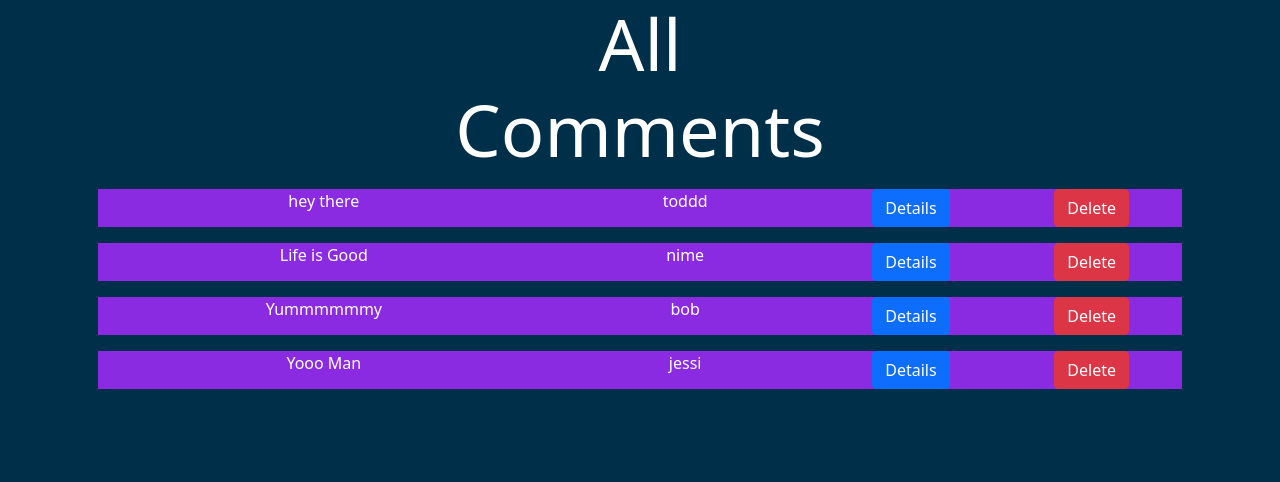
Repository: uditjain100/JavaScript-for-Web
Page: http://localhost/comments
The author's editor kept a copy of each file at every save. The page is drawn from the files as they stood at one save, then again after the next save.
The browser window is 1280 px wide. The pictures show the whole page.
The page is served by the project's Node server (17.REST/index.js).

Above is the page before, as saved 2021-01-29 18:14:49.

After the next save:
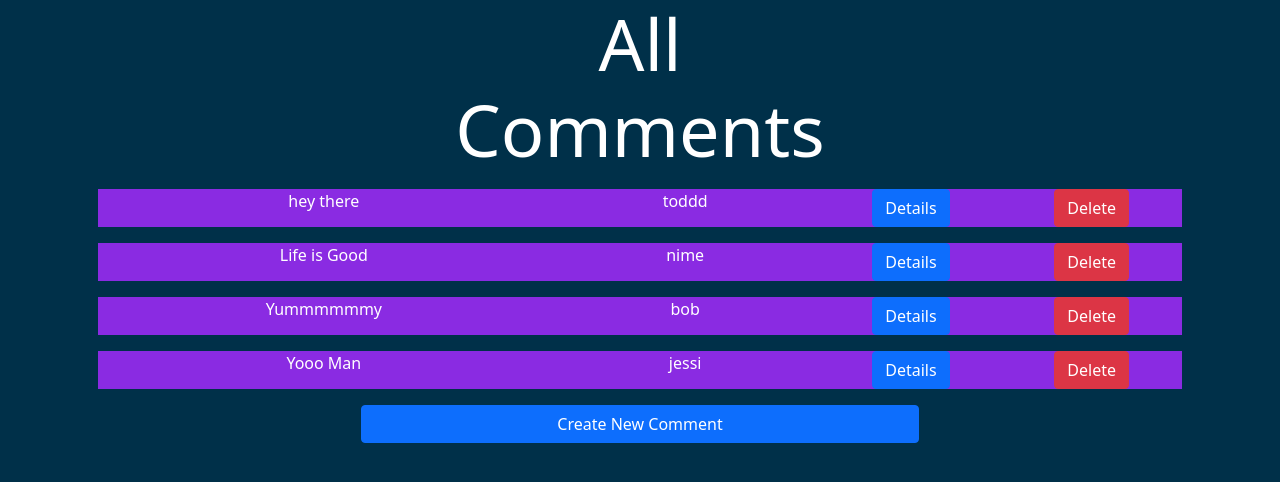
Saved 93 s later.
--- a/17.REST/views/home.ejs
+++ b/17.REST/views/home.ejs
@@ -37,6 +37,9 @@
         </div>
       </div>
       <% } %>
+      <div class="d-grid col-6 mx-auto mt-3">
+        <a href="/comment/create" class="btn btn-primary">Create New Comment</a>
+      </div>
     </div>
   </body>
 </html>
